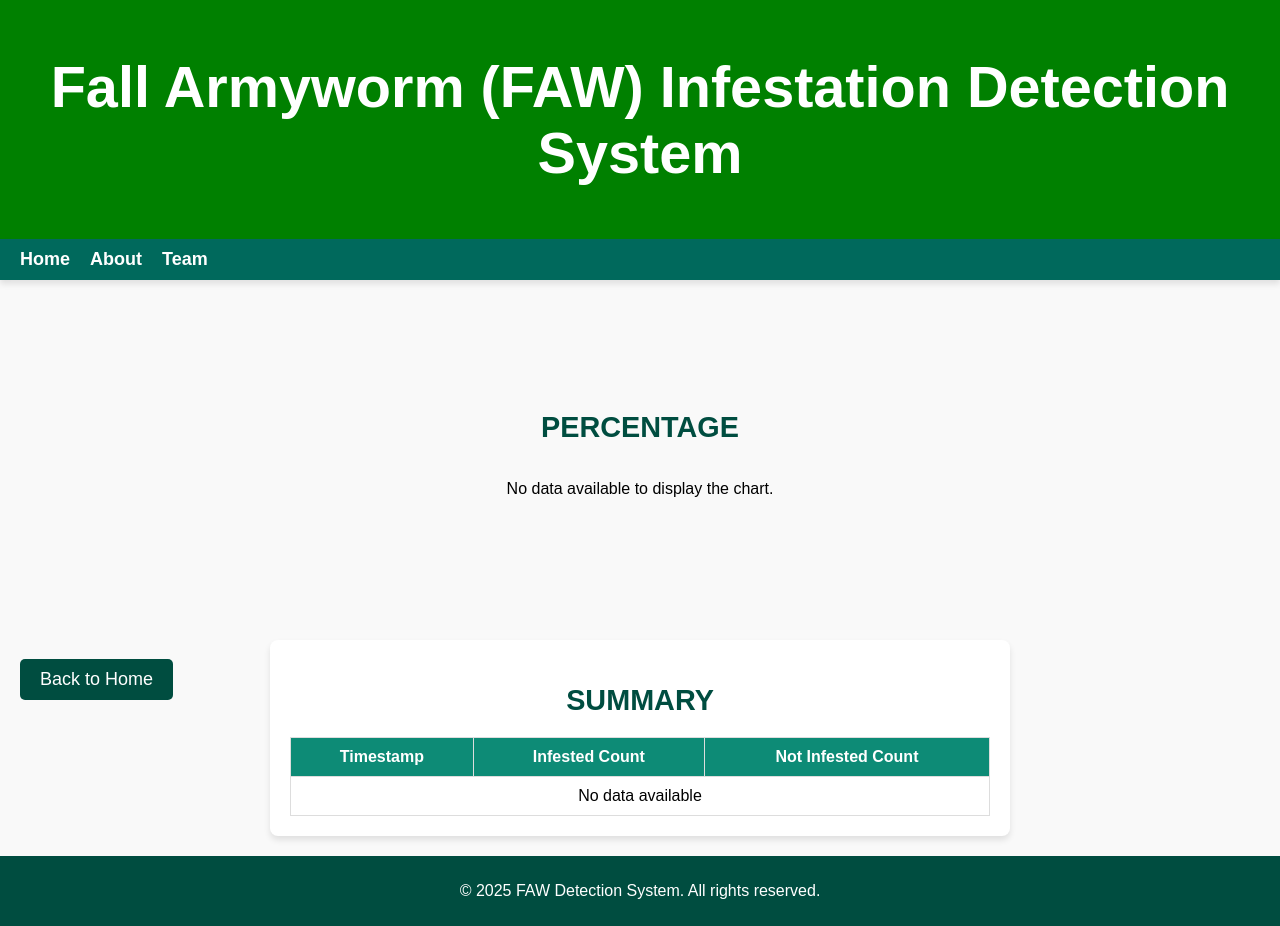
Repository: jansen223/faw-detection-main
Page: /summary
An editor plug-in stored every save of this project. The page is shown before and after the next save, followed by the edit.
The browser window is 1280 px wide. The pictures show the whole page.
The page's requests for data from a server got no answer. The project was rebuilt for these pictures with package versions that can differ from the ones it lists, and the page was loaded fresh each time. No one was signed in, and anything a server would have sent is missing. Also part of the build but not shown: src/pages/Home.css, src/pages/Home.js, src/pages/About.css, src/pages/About.js, src/pages/Team.css, src/pages/Team.js.

Above is the page before, as saved 2025-04-12 03:08:40.

After the next save:
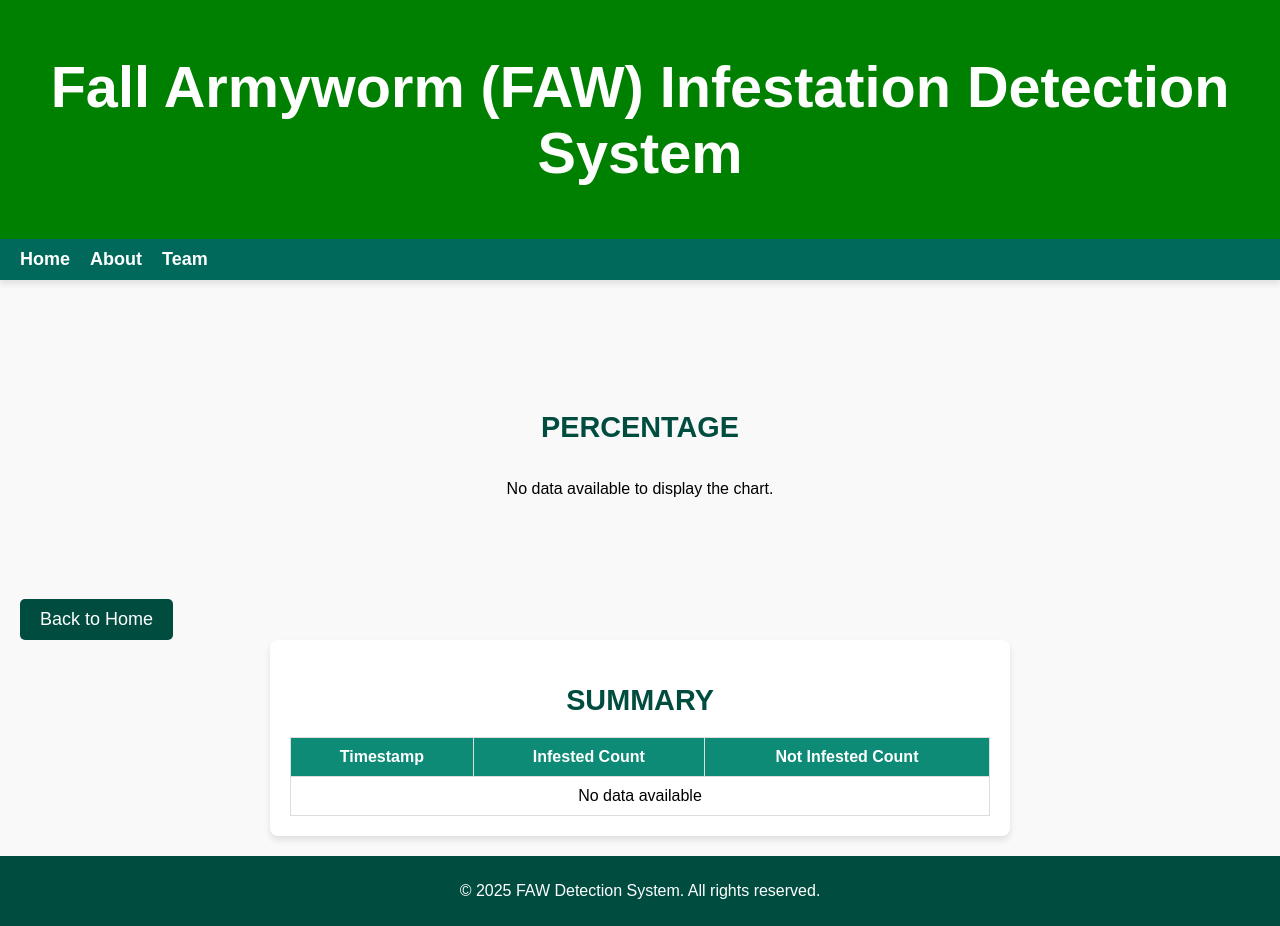
Saved 2 min 1 s later.
--- a/src/pages/Summary.css
+++ b/src/pages/Summary.css
@@ -76,7 +76,7 @@
 
 .back-button {
   position: fixed;
-  bottom: 20px;
+  bottom: 80px;
   left: 20px;
   padding: 10px 20px;
   background-color: #004d40;
